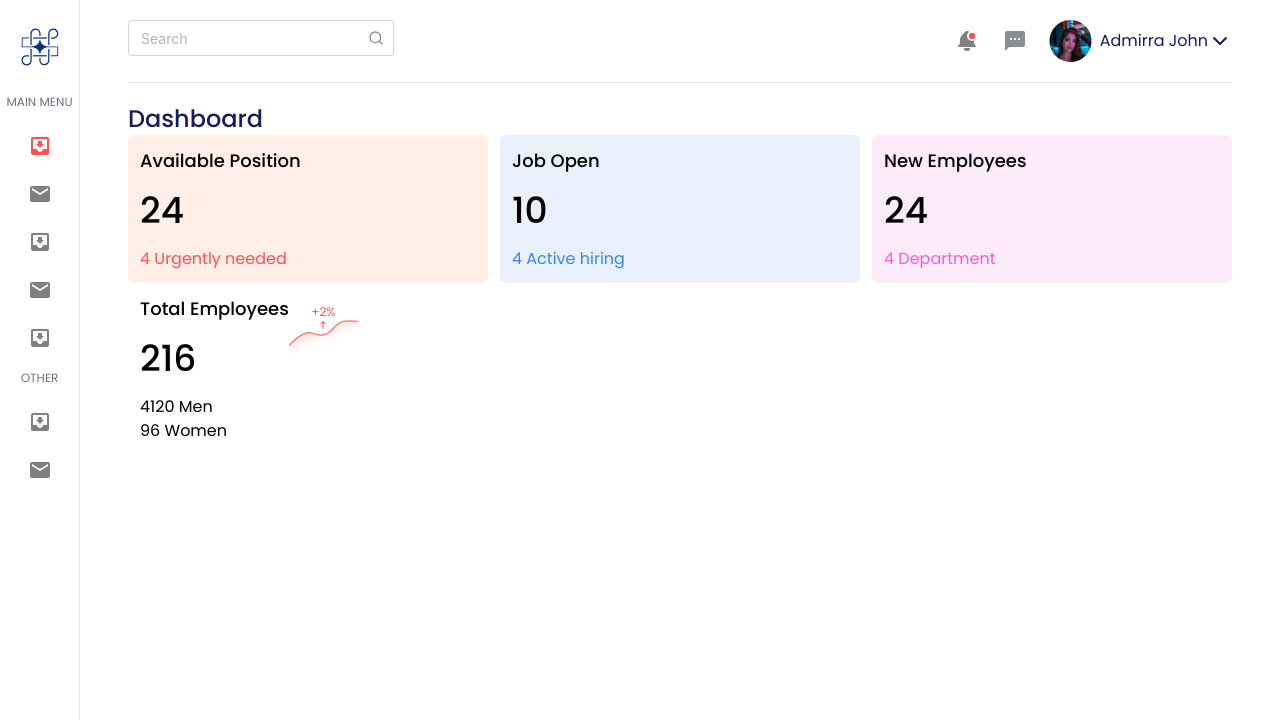
Repository: SatyaDewangan05/sample-dashboard
Page: /
The author's editor kept a copy of each file at every save. The page is drawn from the files as they stood at one save, then again after the next save.
The browser window is 1280 px wide. The pictures show the whole page.
The project was rebuilt for these pictures with package versions that can differ from the ones it lists, and the page was loaded fresh each time. The framework's server and built-in components were replaced by stand-ins that run in the browser. Also part of the build but not shown: next.config.mjs.

Above is the page before, as saved 2024-09-22 00:24:54.

After the next save:
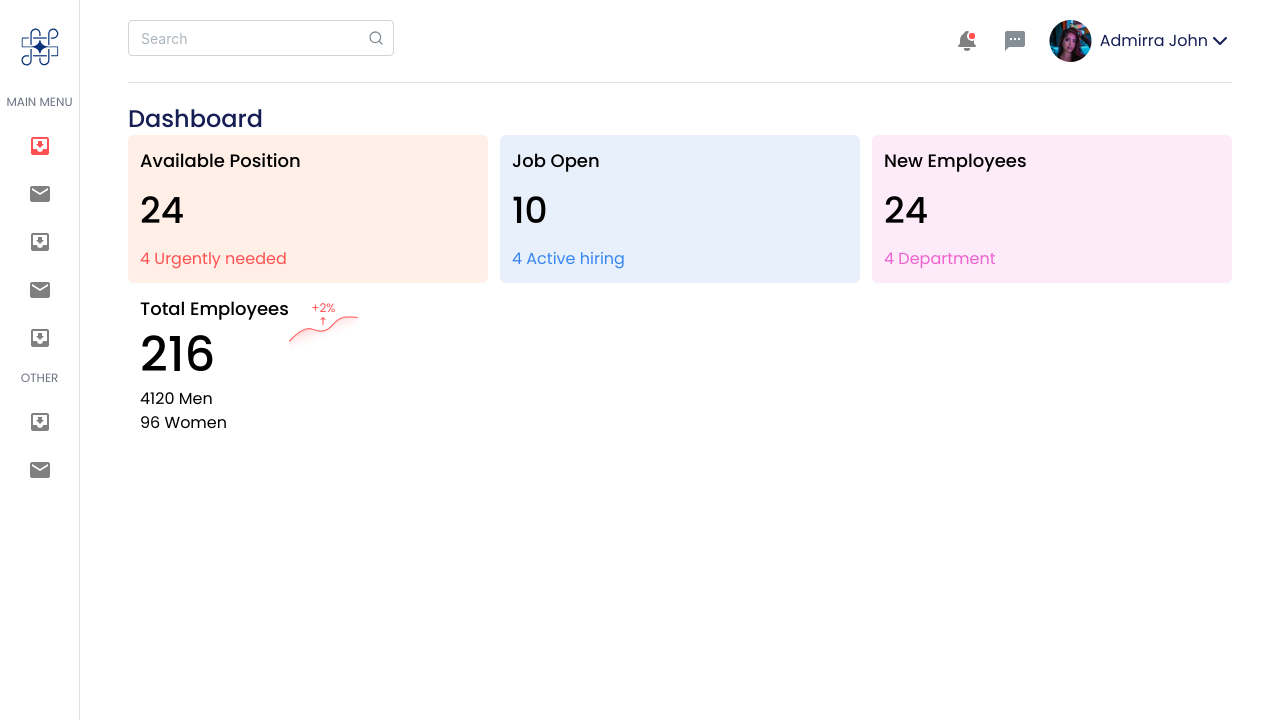
Saved 39 s later.
--- a/src/app/components/card/DetailChart.jsx
+++ b/src/app/components/card/DetailChart.jsx
@@ -8,7 +8,7 @@ const DetailChart = ({ heading, figure, texts, variation }) => {
     <div className="p-3 rounded-md flex items-center">
       <div className="flex flex-col gap-2">
         <p className="text-lg font-medium">{heading}</p>
-        <p className="text-[36px] font-medium">{figure}</p>
+        <p className="text-5xl font-medium">{figure}</p>
         <div>
           {Array.isArray(texts)
             ? texts.map((text, index) => (
